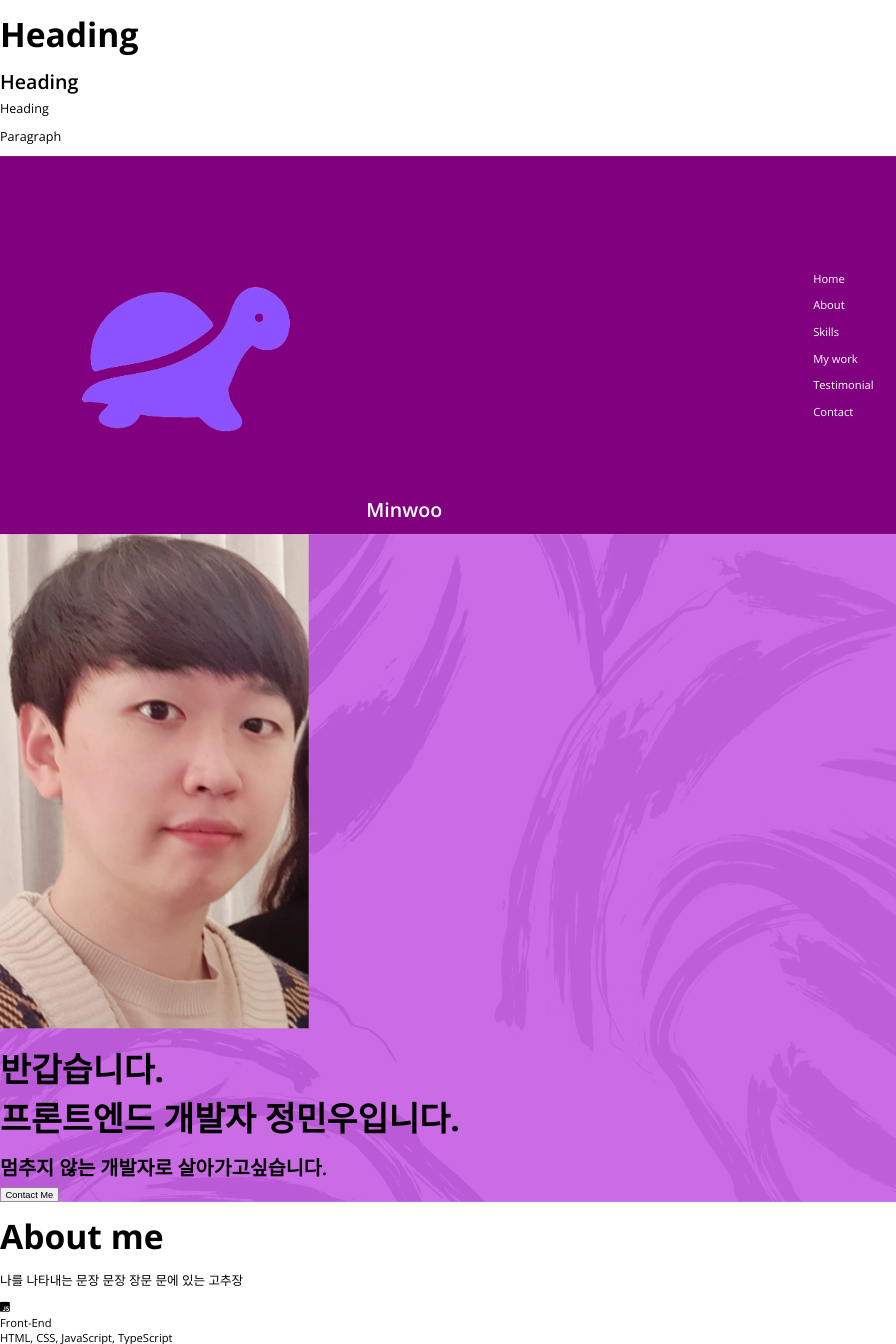
Repository: DevMinwoo-Jung/MinwooPortfolio
Page: index.html
An editor plug-in stored every save of this project. The page is shown before and after the next save, followed by the edit.
The browser window is 1280 px wide. The pictures show the part of the page from y = 0 to 1920 px (the page is 7381 px tall), at 70% of full size.

Above is the page before, as saved 2021-05-31 14:14:48.

After the next save:
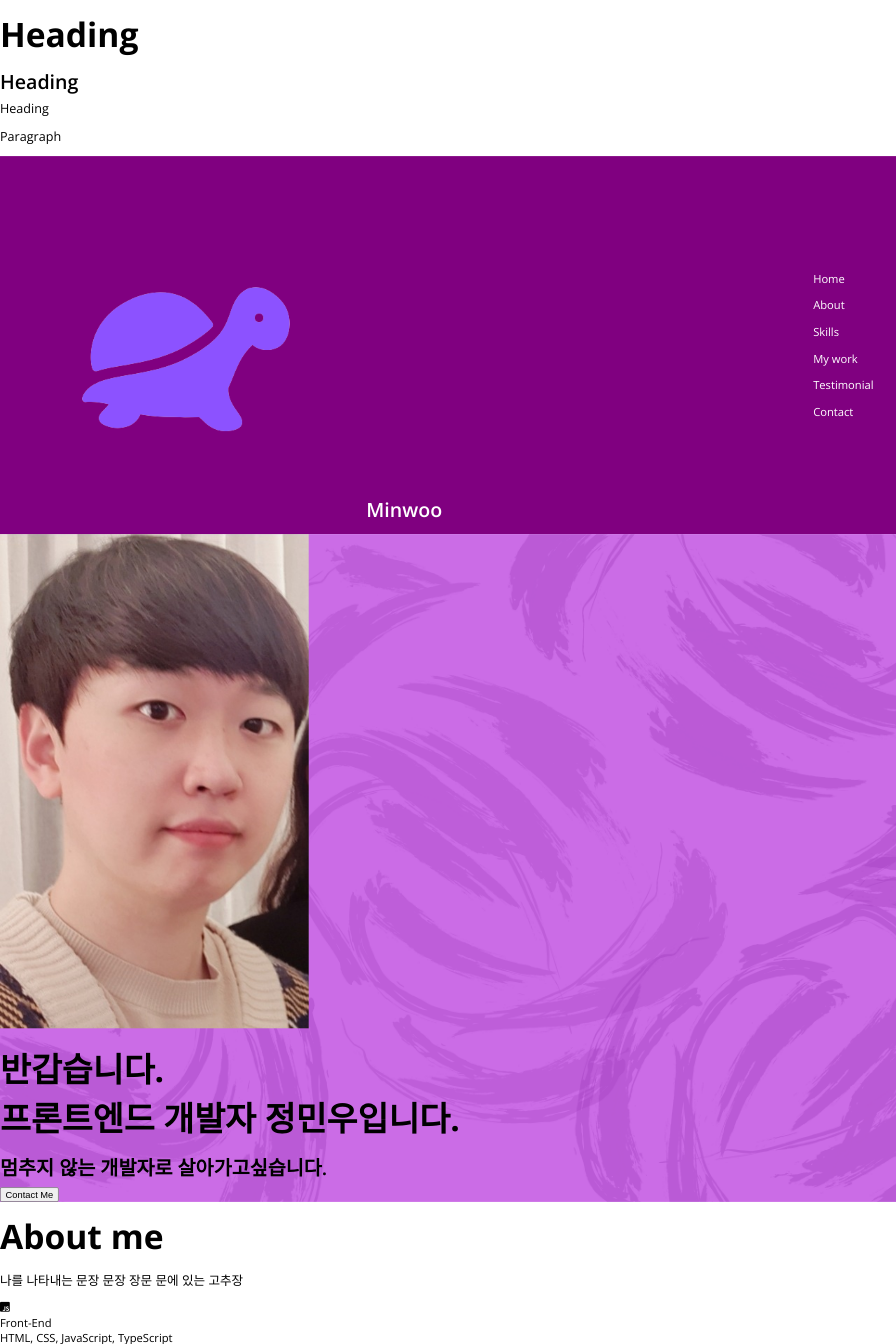
Saved 47 s later.
--- a/style.css
+++ b/style.css
@@ -117,5 +117,5 @@ ul {
 
 /* Home */
 #home {
-  background: url("imgs/background\ Img.png");
+  background: url("imgs/background\ Img.png") center/cover no-repeat;
 }
